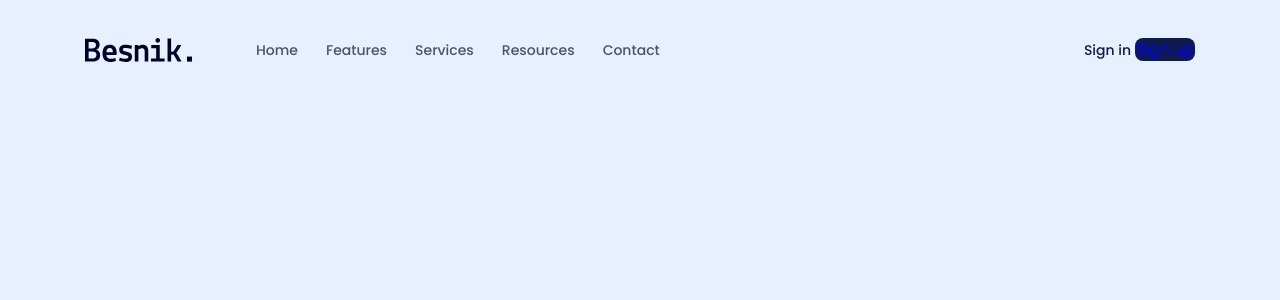
Repository: empty24062002/f8-htmlcss-01
Page: index.html
The author's editor kept a copy of each file at every save. The page is drawn from the files as they stood at one save, then again after the next save.
The browser window is 1280 px wide. The pictures show the whole page.

Above is the page before, as saved 2023-07-11 12:16:54.

After the next save:
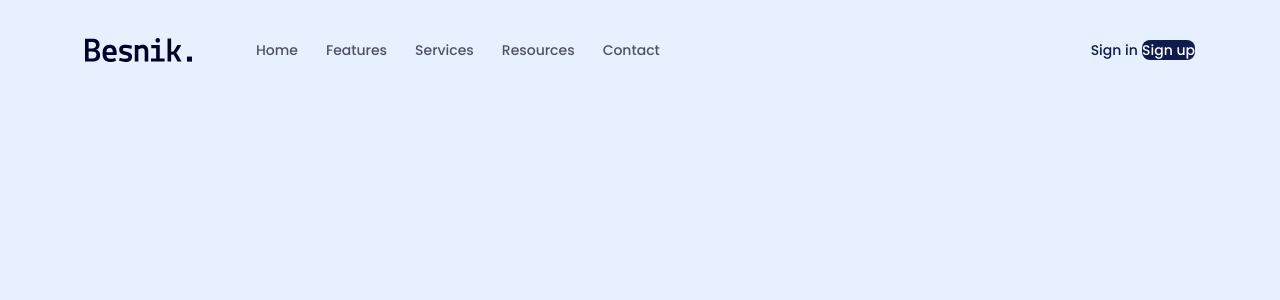
Saved 72 s later.
--- a/assets/css/styles.css
+++ b/assets/css/styles.css
@@ -25,6 +25,10 @@
     min-width: 98px;
     border-radius: 8px;
     background: #0f1b4c;
+    font-size: 1.4rem;
+    font-weight: 500;
+    text-align: center;
+    color: #fff;
 }
 
 /* Header */
